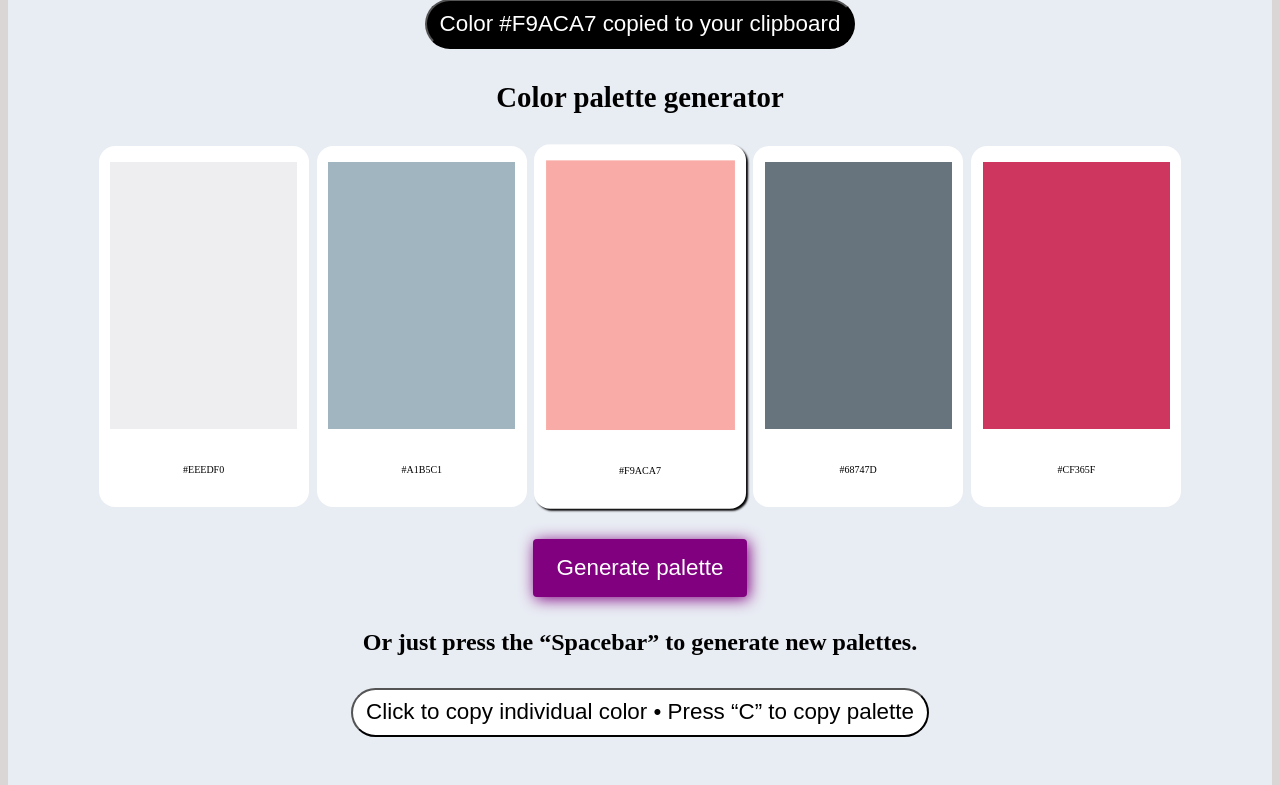
Repository: Hcmwebs/Color-Palette-Generator
Page: index.html
An editor plug-in stored every save of this project. The page is shown before and after the next save, followed by the edit.
The browser window is 1280 px wide. The pictures show the whole page.

Above is the page before, as saved 2020-07-07 11:07:12.

After the next save:
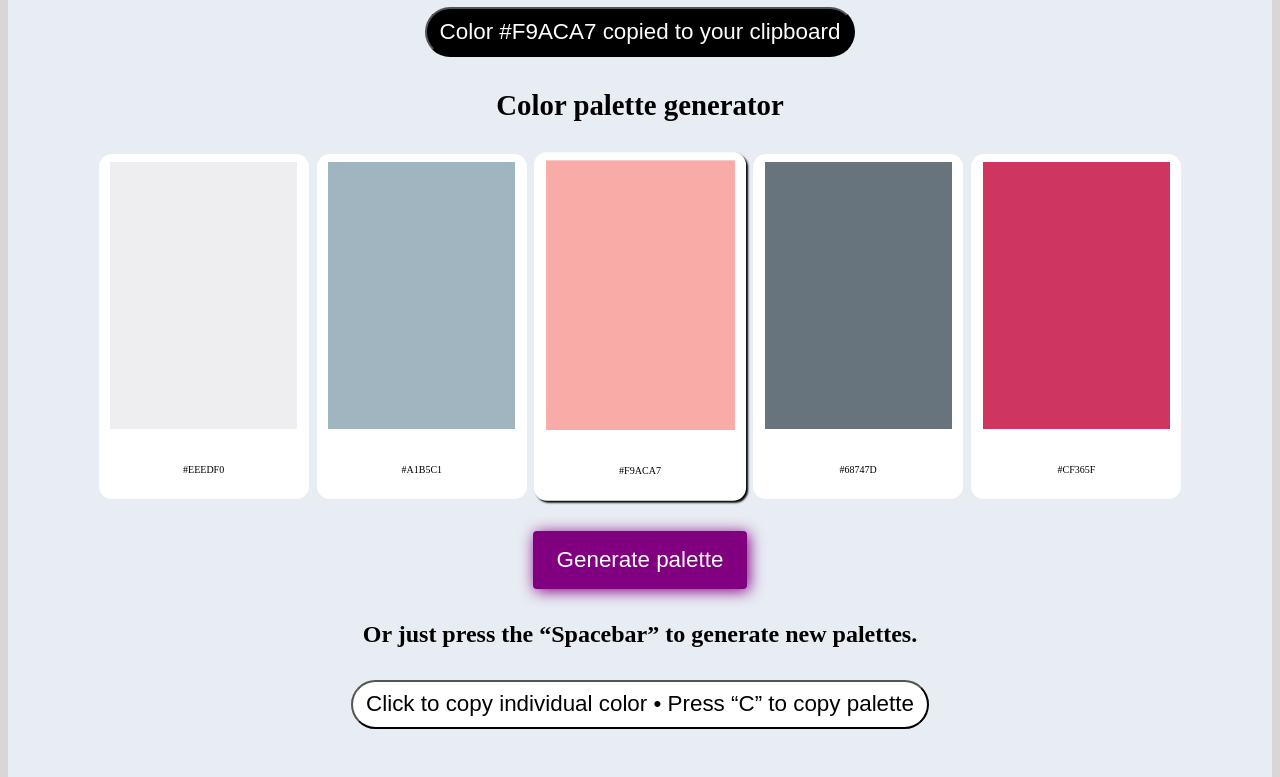
Saved 28 s later.
--- a/styles.css
+++ b/styles.css
@@ -61,8 +61,8 @@ h3{
 .card__item{
     width: 207px;
     height: 329px;
-    padding: 1rem 0.1rem;
-    border-radius:1rem;
+    padding: 0.5rem 0.1rem;
+    border-radius:0.8rem;
     display: flex;
     flex-direction: column;
     justify-content: space-between;
